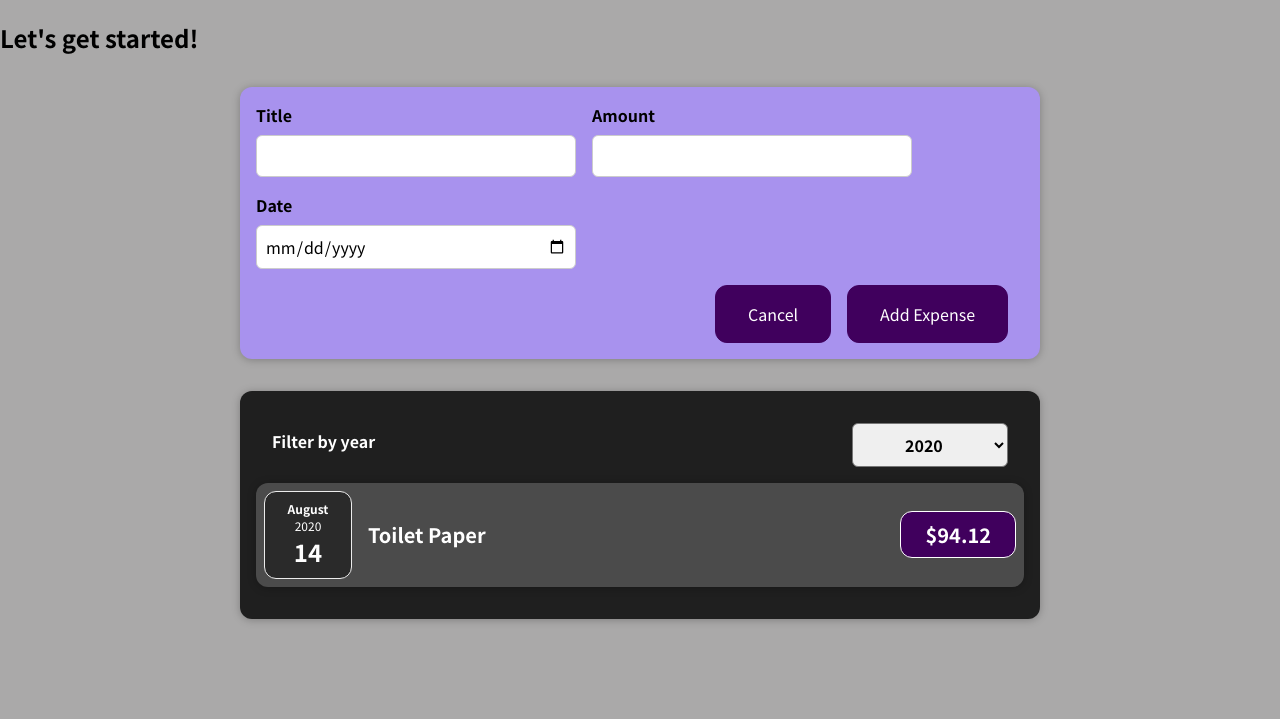
Repository: otvertka/MSC
Page: /
The author's editor kept a copy of each file at every save. The page is drawn from the files as they stood at one save, then again after the next save.
The browser window is 1280 px wide. The pictures show the whole page.
The project was rebuilt for these pictures with package versions that can differ from the ones it lists, and the page was loaded fresh each time.

Above is the page before, as saved 2023-07-01 10:42:07.

### src/index.css
@import url("https://fonts.googleapis.com/css2?family=Noto+Sans+JP:wght@400;700&display=swap");

* {
  box-sizing: border-box;
}

html {
  font-family: "Noto Sans JP", sans-serif;
}

body {
  margin: 0;
  background-color: #aaa9a9;
}

### src/App.js
// import ExpenseItem from "./components/ExpenseItem";
import React, { useState } from "react";
import Expenses from "./components/Expenses/Expenses";
import NewExpense from "./components/NewExpense/NewExpense";

const DUMMY_EXPENSES = [
  {
    id: "e1",
    title: "Toilet Paper",
    amount: 94.12,
    date: new Date(2020, 7, 14),
  },
  { id: "e2", title: "New TV", amount: 799.49, date: new Date(2021, 2, 12) },
  {
    id: "e3",
    title: "Car Insurance",
    amount: 294.67,
    date: new Date(2021, 2, 28),
  },
  {
    id: "e4",
    title: "New Desk (Wooden)",
    amount: 450,
    date: new Date(2021, 5, 12),
  },
];

const App = () => {
  const [expenses, setExpenses] = useState(DUMMY_EXPENSES);

  const addExpenseHandler = (expense) => {
    setExpenses((prevExpenses) => {
      return [expense, ...prevExpenses];
    });
    // setExpenses([expense, ...expenses]);
  };

  return (
    <div>
      <h2>Let's get started!</h2>
      <NewExpense onAddExpense={addExpenseHandler} />
      <Expenses items={expenses} />
    </div>
  );
};

export default App;

### src/components/Expenses/Expenses.js
import React, { useState } from "react";

import "./Expenses.css";
import Card from "../UI/Card";
import ExpensesFilter from "./ExpensesFilter";
import ExpensesList from "./ExpensesList";

const Expenses = (props) => {
  const [filteredYear, setFilteredYear] = useState("2020");

  const filterChangeHandler = (selectedYear) => {
    setFilteredYear(selectedYear);
  };

  const filteredExpenses = props.items.filter((expense) => {
    return expense.date.getFullYear().toString() === filteredYear;
  });

  return (
    <div>
      <Card className="expenses">
        <ExpensesFilter
          selected={filteredYear}
          onChangeFilter={filterChangeHandler}
        />
        <ExpensesList items={filteredExpenses} />
      </Card>
    </div>
  );
};

export default Expenses;

### src/components/NewExpense/NewExpense.js
import React from "react";
import ExpenseForm from "./ExpenseForm";
import "./NewExpense.css";

const NewExpense = (props) => {
  const saveExpenseDataHandler = (enteredExpenseData) => {
    const expenseData = {
      ...enteredExpenseData,
      id: Math.random().toString(),
    };
    props.onAddExpense(expenseData);
  };

  return (
    <div className="new-expense">
      <ExpenseForm onSaveExpenseData={saveExpenseDataHandler} />
    </div>
  );
};
export default NewExpense;

### src/components/Expenses/ExpensesFilter.js
import React from "react";

import "./ExpensesFilter.css";

// const ExpensesFilter = (props) => {
//     const chooseExpenseFilter = (choosingFilterData)=> {
//         const choosingData = {
//             choosingFilterData
//         }
//         props.onChooseFilter(choosingData)
//     }
const ExpensesFilter = (props) => {
  const dropdownChangeHandler = (event) => {
    props.onChangeFilter(event.target.value);
  };
  return (
    <div className="expenses-filter">
      <div className="expenses-filter__control">
        <label>Filter by year</label>
        <select value={props.selected} onChange={dropdownChangeHandler}>
          <option value="2022">2022</option>
          <option value="2021">2021</option>
          <option value="2020">2020</option>
          <option value="2019">2019</option>
        </select>
      </div>
    </div>
  );
};

export default ExpensesFilter;

### src/components/Expenses/ExpensesList.js
import React from "react";
import ExpenseItem from "./ExpenseItem";
import "./ExpensesList.css";
const ExpensesList = (props) => {
  if (props.items.length === 0) {
    return <h2 className="expenses-list__fallback">Not found expenses.</h2>;
  }

  return (
    <ul className="expenses-list">
      {props.items.map((expense) => (
        <ExpenseItem
          key={expense.id}
          title={expense.title}
          amount={expense.amount}
          date={expense.date}
        />
      ))}
    </ul>
  );
};

export default ExpensesList;

### src/components/NewExpense/ExpenseForm.js
import React, { useState } from "react";
import "./ExpenseForm.css";

const ExpenseForm = (props) => {
  const [enteredTitle, setEnteredTitle] = useState("");
  const [enteredAmount, setEnteredAmount] = useState("");
  const [enteredDate, setEnteredDate] = useState("");

  // const [userInput, setUserInput] = useState({
  //   enteredTitle: "",
  //   enteredAmount: "",
  //   enteredDate: "",
  // });

  const titleChangeHandler = (event) => {
    setEnteredTitle(event.target.value);
    // console.log(event.target.value);
    // setUserInput({
    //   ...userInput,
    //   enteredTitle: event.target.value,
    // });
    // console.log(enteredTitle);

    // setUserInput((prevState) => {
    //   return { ...prevState, enteredTitle: event.target.value };
    // });
  };

  const amountChangeHandler = (event) => {
    setEnteredAmount(event.target.value);
    // console.log(event.target.value);
    // setUserInput({
    //   ...userInput,
    //   enteredAmount: event.target.value,
    // });
    // console.log(enteredAmount);
  };

  const dateChangeHandler = (event) => {
    setEnteredDate(event.target.value);
    // setUserInput({
    //   ...userInput,
    //   enteredDate: event.target.value,
    // });
    // console.log(enteredDate);
  };

  // альтернативный способ в 1 функции
  // const inputChangeHandler = (identifier, value) => {
  //   if (identifier === "title") {
  //     setEnteredTitle(value);
  //   } else if (identifier === "date") {
  //     setEnteredDate(value);
  //   } else {
  //     setEnteredAmount(value);
  //   }
  //   console.log(value);
  // };

  const submitHandler = (event) => {
    event.preventDefault();

    const expenseData = {
      title: enteredTitle,
      amount: enteredAmount,
      date: new Date(enteredDate),
    };
    props.onSaveExpenseData(expenseData); //  <ExpenseForm onSaveExpenseData={saveExpenseDataHandler} />
    setEnteredTitle("");
    setEnteredAmount("");
    setEnteredDate("");
  };
  return (
    <div>
      <form onSubmit={submitHandler}>
        <div className="new-expense__controls">
          <div className="new-expense__control">
            <label>Title</label>
            <input
              type="text"
              value={enteredTitle}
              onChange={titleChangeHandler}
            />
          </div>
          <div className="new-expense__control">
            <label>Amount</label>
            <input
              type="number"
              min="0.01"
              step="0.01"
              value={enteredAmount}
              onChange={amountChangeHandler}
            />
          </div>
          <div className="new-expense__control">
            <label>Date</label>
            <input
              type="date"
              min="2019-01-01"
              max="2022-12-31"
              value={enteredDate}
              onChange={dateChangeHandler}
            />
          </div>
        </div>
        <div className="new-expense__actions">
          <button type="reset">Cancel</button>
          <button type="submit">Add Expense</button>
        </div>
      </form>
    </div>
  );
};

export default ExpenseForm;

////////////// TODO
// import React, {useState} from 'react';

// import './styles.css';

// // don't change the Component name "App"
// export default function App() {
//     const [count, setCount] = React.useState(0);

// const changeCount =(event)=> {
//     setCount(event.target.value++);
// }

//     return (
//       <div>
//         <p id="counter">{count}</p>
//         <button onClick={changeCount}>Increment</button>
//       </div>
//     );
// }

### src/components/NewExpense/NewExpense.css
.new-expense {
  background-color: #a892ee;
  padding: 1rem;
  margin: 2rem auto;
  width: 50rem;
  max-width: 95%;
  border-radius: 12px;
  text-align: center;
  box-shadow: 0 1px 8px rgba(0, 0, 0, 0.25);
}

.new-expense button {
  font: inherit;
  cursor: pointer;
  padding: 1rem 2rem;
  border: 1px solid #40005d;
  background-color: #40005d;
  color: white;
  border-radius: 12px;
  margin-right: 1rem;
}

.new-expense button:hover,
.new-expense button:active {
  background-color: #510674;
  border-color: #510674;
}

.new-expense button.alternative {
  color: #220131;
  border-color: transparent;
  background-color: transparent;
}

.new-expense button.alternative:hover,
.new-expense button.alternative:active {
  background-color: #ddb3f8;
}

### src/components/Expenses/ExpenseItem.js
import React from "react";
import Card from "../UI/Card";
import ExpenseDate from "./ExpenseDate";
import "./ExpenseItem.css";

const ExpenseItem = (props) => {
  return (
    <li>
      <Card className="expense-item">
        <ExpenseDate date={props.date} />
        <div className="expense-item__description">
          <h2>{props.title}</h2>
          <div className="expense-item__price">${props.amount}</div>
        </div>
      </Card>
    </li>
  );
};

export default ExpenseItem;

### src/components/Expenses/ExpenseItem.css
.expense-item {
  display: flex;
  justify-content: space-between;
  align-items: center;
  padding: 0.5rem;
  margin: 1rem 0;
  background-color: #4b4b4b;
}

.expense-item__description {
  display: flex;
  flex-direction: column;
  gap: 1rem;
  align-items: flex-end;
  flex-flow: column-reverse;
  justify-content: flex-start;
  flex: 1;
}

.expense-item h2 {
  color: #3a3a3a;
  font-size: 1rem;
  flex: 1;
  margin: 0 1rem;
  color: white;
}

.expense-item__price {
  font-size: 1rem;
  font-weight: bold;
  color: white;
  background-color: #40005d;
  border: 1px solid white;
  padding: 0.5rem;
  border-radius: 12px;
}

@media (min-width: 580px) {
  .expense-item__description {
    flex-direction: row;
    align-items: center;
    justify-content: flex-start;
    flex: 1;
  }

  .expense-item__description h2 {
    font-size: 1.25rem;
  }

  .expense-item__price {
    font-size: 1.25rem;
    padding: 0.5rem 1.5rem;
  }
}

Loaded but not shown: public/index.html (common file); src/index.js (common file); src/components/Expenses/Expenses.css (common file); src/components/UI/Card.js (common file); src/components/UI/Card.css (common file); src/components/Expenses/ExpensesFilter.css (common file); src/components/Expenses/ExpensesList.css (common file); src/components/NewExpense/ExpenseForm.css (common file); src/components/Expenses/ExpenseDate.js (common file); src/components/Expenses/ExpenseDate.css (common file)

After the next save:
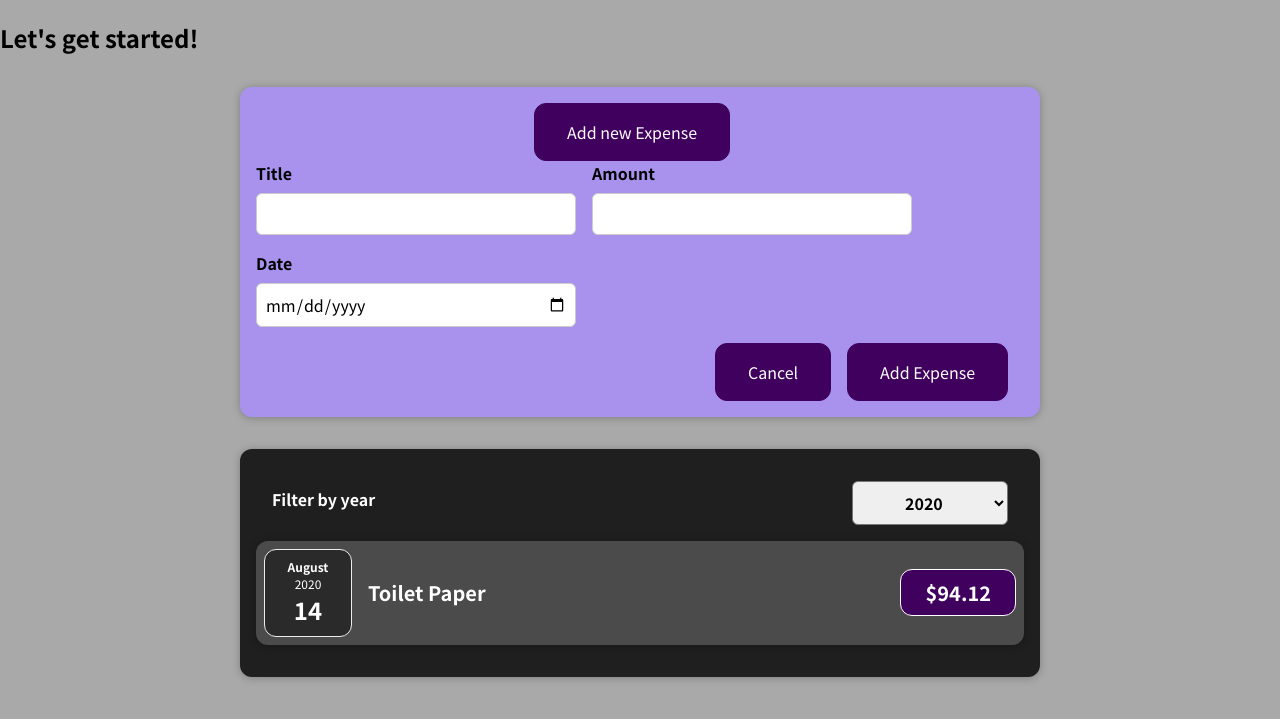
Saved 2 min 56 s later.
--- a/src/components/NewExpense/NewExpense.js
+++ b/src/components/NewExpense/NewExpense.js
@@ -1,8 +1,10 @@
-import React from "react";
+import React, { useState } from "react";
 import ExpenseForm from "./ExpenseForm";
 import "./NewExpense.css";
 
 const NewExpense = (props) => {
+  const [show, setShow] = useState(false);
+
   const saveExpenseDataHandler = (enteredExpenseData) => {
     const expenseData = {
       ...enteredExpenseData,
@@ -13,6 +15,9 @@ const NewExpense = (props) => {
 
   return (
     <div className="new-expense">
+      <div>
+        <button>Add new Expense</button>
+      </div>
       <ExpenseForm onSaveExpenseData={saveExpenseDataHandler} />
     </div>
   );
